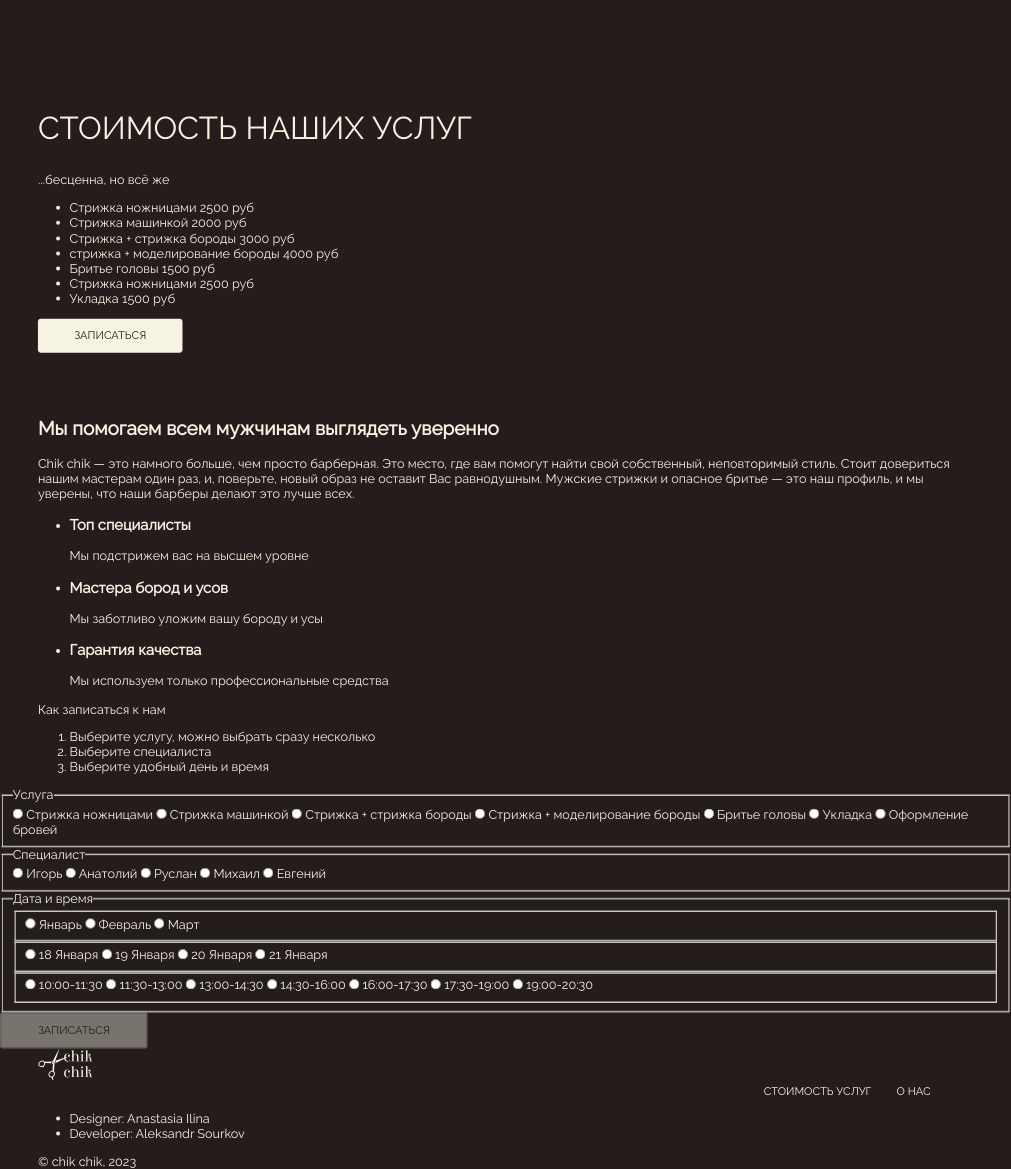
Repository: alexboagreek/chick-chick
Page: index.html
These files come from the project's save history. The page is drawn as it stood at one moment and after the next save; the edit follows.
The browser window is 1280 px wide. The pictures show the part of the page from y = 646 to 2126 px (the page is 2126 px tall before and 2109 px after), at 79% of full size.
A picture or video elsewhere on the page could not be fetched, so the positions and the page height are approximate.

Above is the page before, as saved 2023-01-18 17:21:57.

### index.html
<!DOCTYPE html>
<html lang="ru">
<head>
    <meta charset="UTF-8">
    <meta http-equiv="X-UA-Compatible" content="IE=edge">
    <meta name="viewport" content="width=device-width, initial-scale=1.0">
    <link rel="stylesheet" href="styles/style.css">
    <link rel="icon" href="assets/icons/favicon.png" sizes="32X32" type="img/png">
    <title>Chick-Chick BarberShop</title>
</head>
<body>
    <header class="header">
        <div class="container">
            <div class="header__container">
                <img class="header__logo" src="assets/img/logo.svg" alt="логотип барбершоп Chick-Chick" width="70" height="40">

                <nav class="navigation header__navigation">
                    <ul class="navigation__list">
                        <li class="navigation__item">
                            <a href="#price" class="navigation__link">Стоимость услуг</a>
                        </li>
                        <li class="navigation__item">
                            <a href="#about" class="navigation__link">О нас</a>
                        </li>
                    </ul>
                </nav>

                <a href="#reserve" class="header__link main-link">Записаться</a>
            </div>
        </div>
    </header>

    <main>
        <section class="hero">
            <div class="container">
                <h1 class="hero__title">
                    <span class="visually-hidden">Барбершоп Chick-Chick</span>
                    <span>
                        Мы создаём искусство, которое не стыдно показать
                    </span>
                </h1>
               <div class="slider hero__slider">
                <div class="slider__container">
                    <ul class="slider__list">
                        <li class="slider__item">
                            <img src="assets/img/slide_01.jpg" alt="модельная стрижка" class="slider__img">
                        </li>
                        <li class="slider__item slider__item_active">
                            <img src="assets/img/slide_3.svg" alt="модельная стрижка" class="slider__img">
                        </li>
                        <li class="slider__item">
                            <img src="assets/img/slide_4.svg" alt="модельная стрижка" class="slider__img">
                        </li>
                        <li class="slider__item">
                            <img src="assets/img/slide_4.svg" alt="модельная стрижка" class="slider__img">
                        </li>
                        <li class="slider__item">
                            <img src="assets/img/slide_4.svg" alt="модельная стрижка" class="slider__img">
                        </li>
                        <li class="slider__item">
                            <img src="assets/img/slide_4.svg" alt="модельная стрижка" class="slider__img">
                        </li>
                        <li class="slider__item">
                            <img src="assets/img/slide_4.svg" alt="модельная стрижка" class="slider__img">
                        </li>
                        <li class="slider__item">
                            <img src="assets/img/slide_4.svg" alt="модельная стрижка" class="slider__img">
                        </li>
                    </ul>

                    <button class="slider__arrow slider__arrow_left" aria-label="предыдущий слайд"></button>
                    <button class="slider__arrow slider__arrow-right" aria-label="следующий слайд"></button>
                </div>
               </div>
            </div>
        </section>
        <section class="price" id="price">
            <div class="container">
                <h2 class="price__title">Стоимость наших услуг</h2>
                <p class="price__tagline">...бесценна, но всё же</p>

                <div class="price__wrapper-content">
                    <div class="price__content">
                        <ul class="price__list">
                            <li class="price__item">
                                <span class="price__item-title">Стрижка ножницами</span>
                                <span class="price__item-count">2500 руб</span>
                            </li>
                            <li class="price__item">
                                <span class="price__item-title">Стрижка машинкой</span>
                                <span class="price__item-count">2000 руб</span>
                            </li>
                            <li class="price__item">
                                <span class="price__item-title">Стрижка + стрижка бороды</span>
                                <span class="price__item-count">3000 руб</span>
                            </li>
                            <li class="price__item">
                                <span class="price__item-title">стрижка + моделирование бороды</span>
                                <span class="price__item-count">4000 руб</span>
                            </li>
                            <li class="price__item">
                                <span class="price__item-title">Бритье головы</span>
                                <span class="price__item-count">1500 руб</span>
                            </li>
                            <li class="price__item">
                                <span class="price__item-title">Стрижка ножницами</span>
                                <span class="price__item-count">2500 руб</span>
                            </li>
                            <li class="price__item">
                                <span class="price__item-title">Укладка</span>
                                <span class="price__item-count">1500 руб</span>
                            </li>
                        </ul>

                        <a href="#reserve" class="price__link main-link">Записаться</a>
                    </div>
                </div>
            </div>
        </section>
        <section class="about" id="about">
            <div class="container">
                <h2 class="about__title">Мы помогаем всем мужчинам выглядеть уверенно</h2>
                <p class="about__description">
                    Сhik chik — это намного больше, чем просто барберная. Это место, где вам помогут найти свой собственный, неповторимый стиль. Стоит довериться нашим мастерам один раз, и, поверьте, новый образ не оставит Вас равнодушным. Мужские стрижки и опасное бритье — это наш профиль, и мы уверены, что наши барберы делают это лучше всех.
                </p>

                <ul class="about__list">
                    <li class="about__item">
                        <h3 class="about__item-title">Топ специалисты</h3>
                        <p class="about__item-description">Мы подстрижем вас на высшем уровне</p>
                    </li>
                    <li class="about__item">
                        <h3 class="about__item-title">Мастера бород и усов</h3>
                        <p class="about__item-description">Мы заботливо уложим вашу бороду и усы</p>
                    </li>
                    <li class="about__item">
                        <h3 class="about__item-title">Гарантия качества</h3>
                        <p class="about__item-description">Мы используем только профессиональные средства</p>
                    </li>
                </ul>
            </div>
        </section>
        <section class="reserve" id="reserve">
            <div class="container">
                <div class="reserve__title">Как записаться к нам</div>

                <ol class="reserve__list">
                    <li class="reserve__item">Выберите услугу, можно выбрать сразу несколько</li>
                    <li class="reserve__item">Выберите специалиста</li>
                    <li class="reserve__item">Выберите удобный день и время</li>
                </ol>
            </div>

            <form class="reserve__form">
                <div class="reserve__form-container">
                    <fieldset class="reserve__fieldset">
                        <legend class="reserve__legend">Услуга</legend>

                        <label class="radio">
                            <input class="radio__input" type="radio" name="service">
                            <span class="radio__label">Стрижка ножницами</span>
                        </label>

                        <label class="radio">
                            <input class="radio__input" type="radio" name="service">
                            <span class="radio__label">Стрижка машинкой</span>
                        </label>

                        <label class="radio">
                            <input class="radio__input" type="radio" name="service">
                            <span class="radio__label">Стрижка + стрижка бороды</span>
                        </label>

                        <label class="radio">
                            <input class="radio__input" type="radio" name="service">
                            <span class="radio__label">Стрижка + моделирование бороды</span>
                        </label>

                        <label class="radio">
                            <input class="radio__input" type="radio" name="service">
                            <span class="radio__label">Бритье головы</span>
                        </label>
                        <label class="radio">
                            <input class="radio__input" type="radio" name="service">
                            <span class="radio__label">Укладка</span>
                        </label>

                        <label class="radio">
                            <input class="radio__input" type="radio" name="service">
                            <span class="radio__label">Оформление бровей</span>
                        </label>
                    </fieldset>

                    <fieldset class="reserve__fieldset">
                        <legend class="reserve__legend">Специалист</legend>

                        <label class="radio">
                            <input class="radio__input" type="radio" name="spec" >
                            <span class="radio__label radio__label_spec">Игорь</span>
                        </label>

                        <label class="radio">
                            <input class="radio__input" type="radio" name="spec" >
                            <span class="radio__label radio__label_spec">Анатолий</span>
                        </label>

                        <label class="radio">
                            <input class="radio__input" type="radio" name="spec" >
                            <span class="radio__label radio__label_spec">Руслан</span>
                        </label>

                        <label class="radio">
                            <input class="radio__input" type="radio" name="spec" >
                            <span class="radio__label radio__label_spec">Михаил</span>
                        </label>

                        <label class="radio">
                            <input class="radio__input" type="radio" name="spec" >
                            <span class="radio__label radio__label_spec">Евгений</span>
                        </label>

                    </fieldset>

                    <fieldset class="reserve__fieldset">
                        <legend class="reserve__legend">Дата и время</legend>

                        <fieldset class="reserve__fieldset reserve__fieldset_sub">
                            <label class="radio">
                                <input class="radio__input" type="radio" name="month" >
                                <span class="radio__label radio__label_spec">Январь</span>
                            </label>
                            <label class="radio">
                                <input class="radio__input" type="radio" name="month" >
                                <span class="radio__label radio__label_spec">Февраль</span>
                            </label>
                            <label class="radio">
                                <input class="radio__input" type="radio" name="month" >
                                <span class="radio__label radio__label_spec">Март</span>
                            </label>
                        </fieldset>

                        <fieldset class="reserve__fieldset reserve__fieldset_sub">
                            <label class="radio">
                                <input class="radio__input" type="radio" name="day" >
                                <span class="radio__label radio__label_spec">18 Января</span>
                            </label>
                            <label class="radio">
                                <input class="radio__input" type="radio" name="day" >
                                <span class="radio__label radio__label_spec">19 Января</span>
                            </label>
                            <label class="radio">
                                <input class="radio__input" type="radio" name="day" >
                                <span class="radio__label radio__label_spec">20 Января</span>
                            </label>
                            <label class="radio">
                                <input class="radio__input" type="radio" name="day" >
                                <span class="radio__label radio__label_spec">21 Января</span>
                            </label>
                        </fieldset>

                        <fieldset class="reserve__fieldset reserve__fieldset_sub">
                            <label class="radio">
                                <input class="radio__input" type="radio" name="time" >
                                <span class="radio__label radio__label_spec">10:00-11:30</span>
                            </label>
                            <label class="radio">
                                <input class="radio__input" type="radio" name="time" >
                                <span class="radio__label radio__label_spec">11:30-13:00</span>
                            </label>
                            <label class="radio">
                                <input class="radio__input" type="radio" name="time" >
                                <span class="radio__label radio__label_spec">13:00-14:30</span>
                            </label>
                            <label class="radio">
                                <input class="radio__input" type="radio" name="time" >
                                <span class="radio__label radio__label_spec">14:30-16:00</span>
                            </label>
                            <label class="radio">
                                <input class="radio__input" type="radio" name="time" >
                                <span class="radio__label radio__label_spec">16:00-17:30</span>
                            </label>
                            <label class="radio">
                                <input class="radio__input" type="radio" name="time" >
                                <span class="radio__label radio__label_spec">17:30-19:00</span>
                            </label>
                            <label class="radio">
                                <input class="radio__input" type="radio" name="time" >
                                <span class="radio__label radio__label_spec">19:00-20:30</span>
                            </label>
                        </fieldset>
                    </fieldset>
                </div>

                <button class="reserve__btn main-link" disabled>Записаться</button>
            </form>
        </section>
    </main>

    <footer class="footer">
        <div class="container">
            <img src="assets/img/logo.svg" alt="Логотип барбершоп Chick-Chick">

            <nav class="navigation header__navigation">
                <ul class="navigation__list">
                    <li class="navigation__item">
                        <a href="#price" class="navigation__link">Стоимость услуг</a>
                    </li>
                    <li class="navigation__item">
                        <a href="#about" class="navigation__link">О нас</a>
                    </li>
                </ul>
            </nav>
            <ul>
                <li>Designer: Anastasia Ilina</li>
                <li>Developer: Aleksandr Sourkov</li>
            </ul>

            <div class="footer__copyright">
                © chik chik, 2023
            </div>
        </div>
    </footer>
</body>
</html>

### styles/style.css
@import 'normalize.css';
@import 'header.css';
@import 'navigation.css';
@import 'main-link.css';
@import 'hero.css';
@import 'slider.css';
@import 'price.css';

@font-face {
    font-family: 'Raleway';
    font-style: normal;
    font-weight: 400;
    src: url('../assets/fonts/raleway-v28-latin_cyrillic-regular.woff2') format('woff2'),
        url('../assets/fonts/raleway-v28-latin_cyrillic-regular.woff') format('woff');
}

html {
    box-sizing: border-box;
}

*, *::after, *::before {
    box-sizing: inherit;
}

body {
    min-width: 320px;
    font-family: 'Raleway', sans-serif;
    font-size: 16px;
    font-weight: 400;
    background-color: #241D1C;
    line-height: 1.2;
    color: #F6F3E3;
}

img {
    max-width: 100%;
    height: auto;
}

.visually-hidden {
    position: fixed;
    transform: scale(0);
}

.container {
    max-width: 1312px;
    padding: 0 48px;
    margin: 0 auto;
}

### styles/header.css
.header__container {
    display: flex;
    align-items: center;
    justify-content: space-between;
    padding-top: 16px;
    padding-bottom: 17px;
    border-bottom: 1px solid #BFBDB2;
}

.header__navigation {
    flex-grow: 1;
    display: flex;
    justify-content: flex-end;
    margin-right: 54px;
}

@media (max-width: 768px) {
    .header__navigation {
        display: none;
    }
}

### styles/navigation.css
.navigation__list {
    margin: 0;
    padding: 0;
    list-style: none;
    display: flex;
    align-items: center;
    gap: 32px;
}

.navigation__link {
    color: inherit;
    text-decoration: none;
    font-size: 14px;
    line-height: 1;
    text-transform: uppercase;
}

### styles/main-link.css
.main-link {
    display: inline-block;
    border-radius: 4px;
    padding: 13px 46px;
    font-size: 14px;
    text-decoration: none;
    text-transform: uppercase;
    color: #241D1C;
    background-color: #F6F3E3;
    cursor: pointer;
}

.main-link:hover:not(:disabled) {
    background-color: #EFE7BE;
}

.main-link:focus-visible {
    outline: 1px solid #FFFFFF;
}

.main-link:disabled {
    opacity: 0.4;
}

@media (max-width: 560px) {
    .container {
        padding: 0 24px;
    }

    .main-link {
        padding: 10px 24px;
        font-size: 12px;
    }
}

### styles/hero.css
.hero {
    padding: 62px 0;
}

.hero__title {
    max-width: 904px;
    font-size: 54px;
    text-transform: uppercase;
    font-weight: 400;
    margin: 0 0 36px;
}

@media (max-width: 768px) {
    .hero {
        padding: 40px 0;
    }

    .hero__title {
        font-size: 40px;
        margin-bottom: 24px;
    }
}

@media (max-width: 560px) {
    .hero {
        padding: 32px 0;
    }

    .hero__title {
        font-size: 24px;
        margin-bottom: 16px;
        max-width: 420px;
    }
}

### styles/slider.css
.slider {
    overflow: hidden;
    position: relative;
}

.slider__container {
    /*display: none;*/
}

.slider__list {
    display: flex;
    list-style: none;
    padding: 0;
    margin: 0 -16px;
}

.slider__item {
    padding: 0 16px;
    flex-grow: 0;
    flex-shrink: 0;
    max-width: 25%;
}

.slider__item_active {
    max-width: 50%;
}

.slider__arrow {
    position: absolute;
    bottom: 30%;
    height: 8px;
    background-color: transparent;
    width: 64px;
    background-repeat: no-repeat;
    border: none;
    cursor: pointer;
}

.slider__arrow:hover {
    opacity: 0.8;
}

.slider__arrow:active {
    opacity: 0.5;
}

.slider__arrow_left {
    left: 8%;
    background-position: left;
    background-image: url("data:[embedded picture, 508 characters]");
}

.slider__arrow-right {
    right: 8%;
    background-position: right;
    background-image: url("data:[embedded picture, 508 characters]");
}

@media (max-width: 1024px) {
    .slider__item {
        max-width: 30%;
    }

    .slider__item_active {
        max-width: 40%;
    }

    .slider__arrow {
        bottom: 12%;
    }
}

@media (max-width: 768px) {
    .slider__item {
        max-width: 25%;
    }

    .slider__item_active {
        max-width: 50%;
    }

    .slider__arrow {
        width: 40px;
        bottom: 31%;
    }
}

@media (max-width: 560px) {
    .slider {
        padding-bottom: 20px;
    }

    .slider__item {
        max-width: 100%;
    }

    .slider__arrow {
        bottom: 0;
    }

    .slider__arrow_left {
        left: 0;
    }

    .slider__arrow-right {
        right: 0;
    }

}

### styles/price.css
.price {
    padding: 62px 0;
}

.price__title {
    font-weight: 400;
    font-size: 40px;
    text-transform: uppercase;
}

@media (max-width: 768px) {
    .price {
        padding: 62px 0;
    }
}

@media (max-width: 560px) {
    .price {
        padding: 62px 0;
    }
}

Loaded but not shown: styles/normalize.css (library)

After the next save:
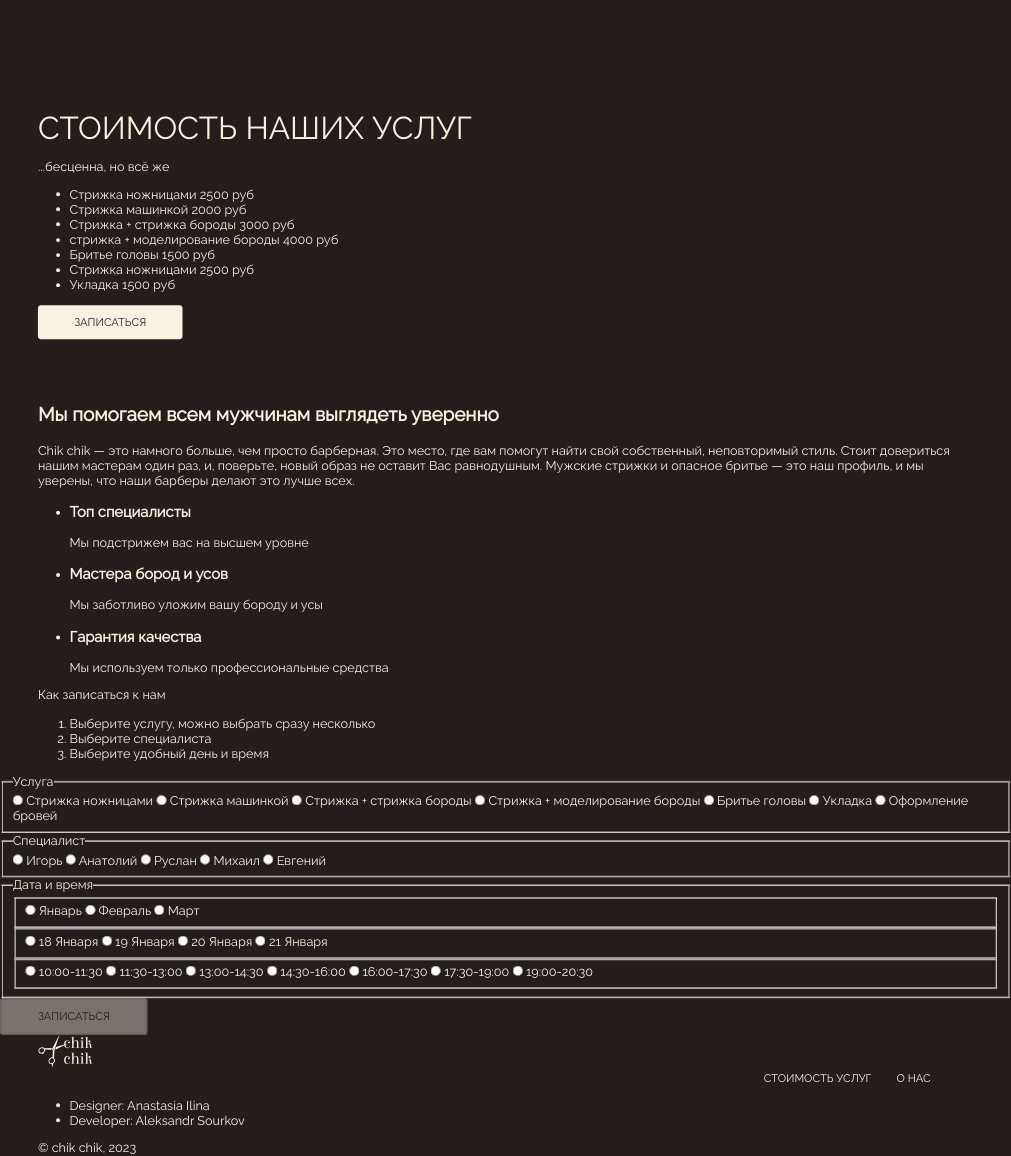
Saved 17 s later.
--- a/styles/price.css
+++ b/styles/price.css
@@ -6,6 +6,7 @@
     font-weight: 400;
     font-size: 40px;
     text-transform: uppercase;
+    margin-bottom: 16px;
 }
 
 @media (max-width: 768px) {
